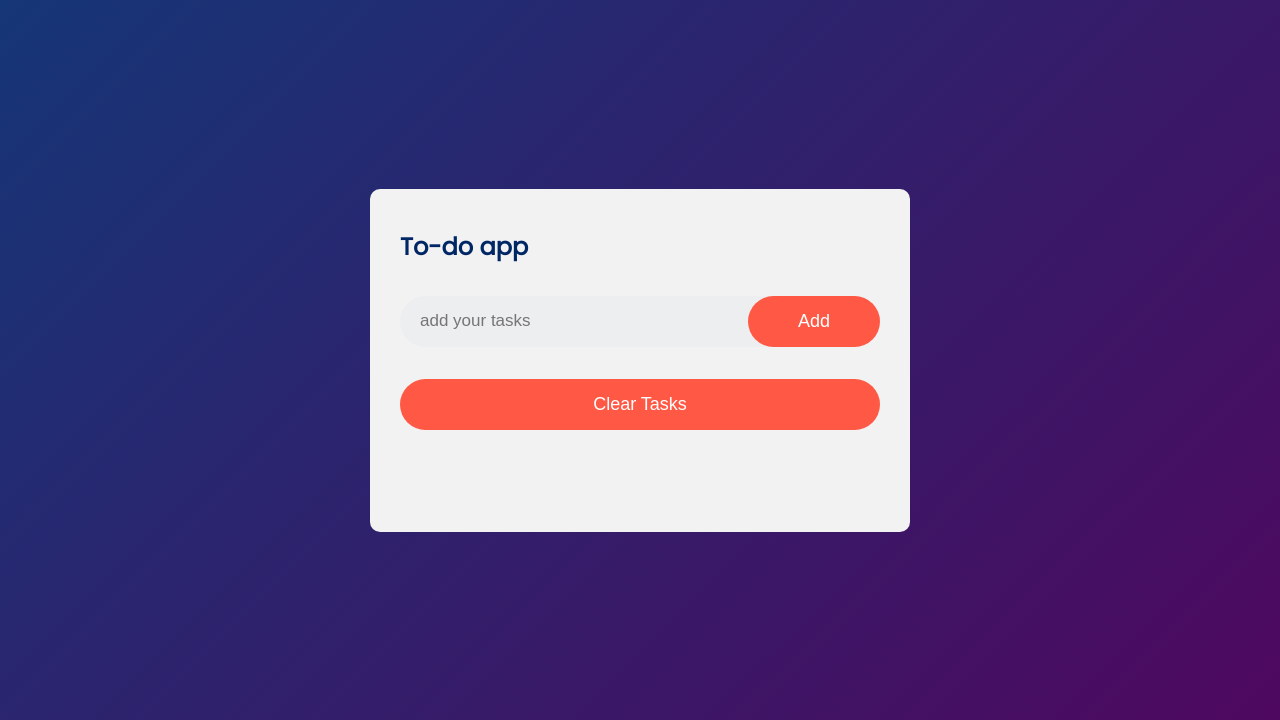
Repository: samoshi/To-do
Page: http://localhost/
The author's editor kept a copy of each file at every save. The page is drawn from the files as they stood at one save, then again after the next save.
The browser window is 1280 px wide. The pictures show the whole page.
The page is served by the project's application, run on Flask 3 (app/app.py). Queries for data that is not in the repository find no rows.

Above is the page before, as saved 2024-01-14 21:26:27.

### app/templates/index.html
<!DOCTYPE html>
<html lang="en">

<head>
    <meta charset="UTF-8">
    <meta name="viewport" content="width=device-width, initial-scale=1.0">
    <title>To-Do list</title>
    <link rel="stylesheet" href="{{ url_for('static', filename='style.css') }}" />
    <script src="https://code.jquery.com/jquery-3.6.4.min.js"></script>
    <script src="{{ url_for('static', filename='script.js') }}"></script>
</head>

<body>
    <div class="container">
        <div class="todo-app">
            <div class="app-title">
                <h2>To-do app</h2>
                <i class="fa-solid fa-book-bookmark"></i>
            </div>
            <form action="/add_task" method="post">
                <div class="row">
                    <input type="text" name="title" id="input-box" placeholder="add your tasks" required>
                    <button class="add_button">Add</button>
                </div>
            </form>
            <button class="clear_button" onclick="clearTasks()">Clear Tasks</button>
            <ul id="list-container">
                {% for task in task_list %}
                    {% if task.complete == False %}
                            <li class="incomplete" onclick="toggleChecked(this)">
                                <a href="/complete/{{ task.id }}">{{ task.title }}</a>
                            </li>
                    {% else %}
                            <li class="complete" onclick="toggleChecked(this)">
                                <a href="/complete/{{ task.id }}">{{ task.title }}</a>
                            </li>
                        <!-- <a class="remove-task" href="/remove/{{ task.id }}">X</a> -->
                    {% endif %}
                {% endfor %}
            </ul>

        </div>
    </div>
    <script src="{{ url_for('static', filename='script.js') }}"></script>
</body>

</html>

### app/app.py
from flask import Flask, render_template, request, redirect, url_for, jsonify
from flask_sqlalchemy import SQLAlchemy

app = Flask(__name__)

app.config['SQLALCHEMY_DATABASE_URI'] = 'sqlite:///db.sqlite'
app.config['SQLALCHEMY_TRACK_MODIFICATIONS'] = False
db = SQLAlchemy(app)

class Task(db.Model):
    id = db.Column(db.Integer, primary_key=True)
    title = db.Column(db.String(100))
    complete = db.Column(db.Boolean)

# def save_tasks():
#     with open("tasks.json", "w") as file:
#         json.dump(tasks, file)


# # Load tasks from a file
# def load_tasks():
#     try:
#         with open("tasks.json", "r") as file:
#             lines = file.readlines()
#             tasks = []
#             for line in lines:
#                 parts = line.split(":")
#                 if len(parts) == 2:
#                     description, completed_str = parts
#                     completed = eval(completed_str)
#                     tasks.append({"description": description, "completed": completed})
#             return tasks
#     except FileNotFoundError:
#         return []  # Return an empty list if the file doesn't exist
#     except json.decoder.JSONDecodeError:
#         return []  # Return an empty list if there's an issue decoding JSON

# # Initialize tasks
# tasks = load_tasks()

@app.route('/')
def index():
    task_list = Task.query.all()
    return render_template('index.html', task_list=task_list)

@app.route('/add_task', methods=['POST'])
def add_task():
    title = request.form.get("title")
    new_task = Task(title=title, complete=False)
    db.session.add(new_task)
    db.session.commit()
    return redirect(url_for("index"))

@app.route("/update/<int:task_id>")
def update_task(task_id):
    task = Task.query.filter_by(id=task_id).first()
    task.complete = not task.complete
    db.session.commit()
    return redirect(url_for("index"))

@app.route('/complete/<int:task_id>')
def complete_task(task_id):
    task = Task.query.filter_by(id=task_id).first()
    if task:
        task.complete = not task.complete
        db.session.commit()
    return redirect(url_for('index'))

@app.route('/remove/<int:task_id>')
def remove_task(task_id):
    print("Remove task ()")
    task = Task.query.filter_by(id=task_id).first()
    print("Getting task", task_id)
    db.session.delete(task)
    print("deleted task")
    db.session.commit()
    return redirect(url_for('index'))

@app.route('/clear_tasks')
def clear_tasks():
    db.session.query(Task).delete()
    db.session.commit()
    return redirect(url_for('index'))


if __name__ == '__main__':
    db.create_all()
    app.run(host='0.0.0.0', port=5000, debug=True)

### app/static/style.css
@import url('https://fonts.googleapis.com/css2?family=Poppins&display=swap');


*, *:before, *:after{
    margin: 0;
    padding: 0;
    box-sizing: border-box;
}
body{
    font-family: 'Poppins', sans-serif;
}
.container{
    width: 100%;
    min-height: 100vh;
    background: linear-gradient(135deg, #153677, #4e085f);
    padding: 10px;
    display: flex;
    justify-content: center;
    align-items: center;
}
.todo-app{
    width: 100%;
    max-width: 540px;
    background-color: #f2f2f2;
    padding: 40px 30px 70px;
    border-radius: 10px;
    display: flex;
    flex-direction: column;
    align-items: left;
    gap: 2rem;
}
.app-title{
    display: flex;
    gap: 1rem;
    align-items: center;
}
.app-title h2, .app-title i{
    color: #002765;
}
.app-title i{
    font-size: 26px;
}

.row{
    display: flex;
    align-items: center;
    justify-content: space-between;
    background-color: #edeef0;
    border-radius: 30px;
}
input{
    width: 100%;
    border: none;
    outline: none;
    background-color: transparent;
    padding: 12px;
    font-size: 17px;
    padding-left: 20px;
}
button.clear_button, button.add_button{
    border: none;
    cursor: pointer;
    outline: none;
    padding: 15px 50px;
    border-radius: 30px;
    background-color: #ff5945;
    color: #fff;
    font-size: 18px;
    transition: all .25s ease;
}
button:hover{
    filter: brightness(.8);
}

@media screen and (max-width: 400px) {
    button {
        padding: 15px;
        border-radius: 0 30px 30px 0;
    }
}

a,
a.remove-task {
    text-decoration: none;
    align-items: center;
    color: #333;
    cursor: pointer;
}

li {
    font-size: 17px;
    margin-top: 5px;
    position: relative;
    transition: background-color 0.2s ease;
    border-radius: 10px;
    list-style-type: none;
    outline: 2px solid #7289da;
}

li a {
    display: block;
    font-size: 17px;
    padding: 12px 8px 12px 50px;
    text-decoration: none;
    color: #ffffff;
    transition: color 0.2s ease;
}

li.incomplete {
    background-color: #2c2f33; /* Red background for incomplete */
}

li.complete {
    background-color: #23272a; /* Green background for complete */
}

li a:hover {
    /* Optional: Add styles for hover effect */
    background-color: #27ae60; /* Slightly darker green hover effect */
    color: #fff; /* White text on hover for better contrast */
}

li.incomplete a:hover {
    /* Optional: Add styles for hover effect */
    background-color: #7289da; /* Lighter green hover effect for complete */
    color: #000; /* Black text on hover for better contrast */
}

li.complete a:hover {
    /* Optional: Add styles for hover effect */
    background-color: #30363d; /* Lighter green hover effect for complete */
    color: #000; /* Black text on hover for better contrast */
}

ul li::before {
    position: absolute;
    content: '';
    width: 24px;
    height: 24px;
    font-size: 18px;
    border-radius: 50%;
    left: 0;
    top: 50%;
    transform: translateY(-50%);
    line-height: 24px;
    text-align: center;
    transition: background-color 0.2s ease;
    pointer-events: none;
}

ul li.incomplete::before {
    content: 'X';
    color: #ff5945;
}

ul li.complete::before {
    content: '\2713';
    color: #07700e;
}


button.remove {
    position: absolute;
    right: 0;
    transform: translateY(-50%);
    width: 30px;
    height: 30px;
    border-radius: 50%;
    color: #555;
    font-size: 18px;
    transition: all .2s ease;
}
button.remove:hover{
    background-color: #c9c9c9;
    color: #fff;
}

### app/static/script.js
// // ...

// document.addEventListener("DOMContentLoaded", function () {
//     const inputBox = document.getElementById("input-box");
//     const button = document.querySelector("button");
//     const list = document.getElementById("list-container");

//     list.addEventListener("click", (e) => {
//         if (e.target.tagName === "LI") {
//             e.target.classList.toggle("checked");
//             saveData();
//         } else if (e.target.tagName === "SPAN") {
//             e.target.parentElement.remove();
//             saveData();
//         }
//     });

//     button.addEventListener("click", function () {
//         if (inputBox.value.trim() !== '') {
//             addTask(inputBox.value);
//         } else {
//             alert("Please enter a non-empty task.");
//         }
//     });

//     function addTask(description) {
//         // Make an AJAX request to the Flask server's /add_task route
//         fetch("/add_task", {
//             method: "POST",
//             headers: {
//                 "Content-Type": "application/json",
//             },
//             body: JSON.stringify({ description: description }),
//         })
//             .then(response => response.json())
//             .then(data => console.log(data))
//             .catch(error => console.error("Error:", error));
//     }

//     function showTask() {
//         // Fetch tasks from the Flask server's /tasks route
//         fetch("/tasks")
//             .then(response => response.json())
//             .then(tasks => {
//                 list.innerHTML = ""; // Clear the visible list
//                 tasks.forEach(task => {
//                     let li = document.createElement("li");
//                     li.innerHTML = task.description;
//                     if (task.completed) {
//                         li.classList.add("checked");
//                     }
//                     list.appendChild(li);
//                     let span = document.createElement("span");
//                     span.innerHTML = "x";
//                     li.appendChild(span);
//                 });
//             })
//             .catch(error => console.error("Error:", error));
//     }

//     window.addEventListener("load", showTask);

//     // Clear Tasks function
//     window.clearTasks = function () {
//         localStorage.removeItem("data");
//         list.innerHTML = ""; // Clear the tasks from the visible list
//     };
// });

After the next save:
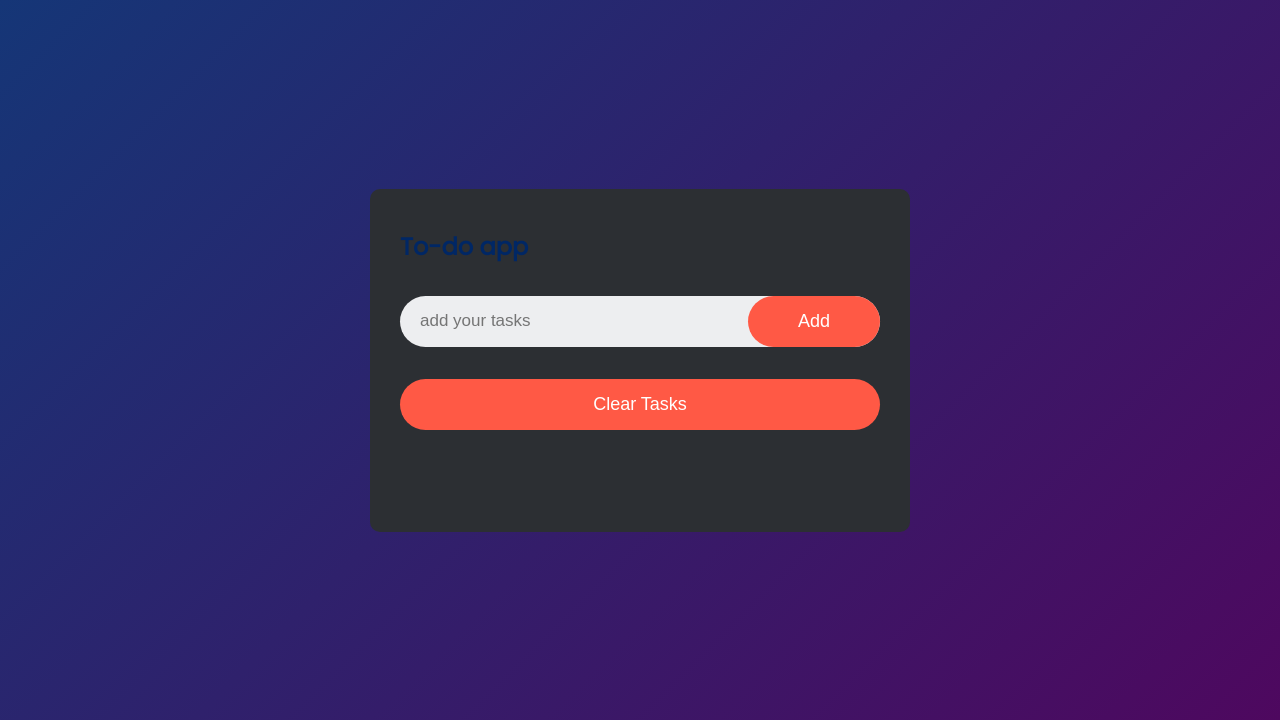
Saved 23 s later.
--- a/app/static/style.css
+++ b/app/static/style.css
@@ -21,7 +21,7 @@
 .todo-app{
     width: 100%;
     max-width: 540px;
-    background-color: #f2f2f2;
+    background-color: #2c2f33;
     padding: 40px 30px 70px;
     border-radius: 10px;
     display: flex;

After the save that followed:
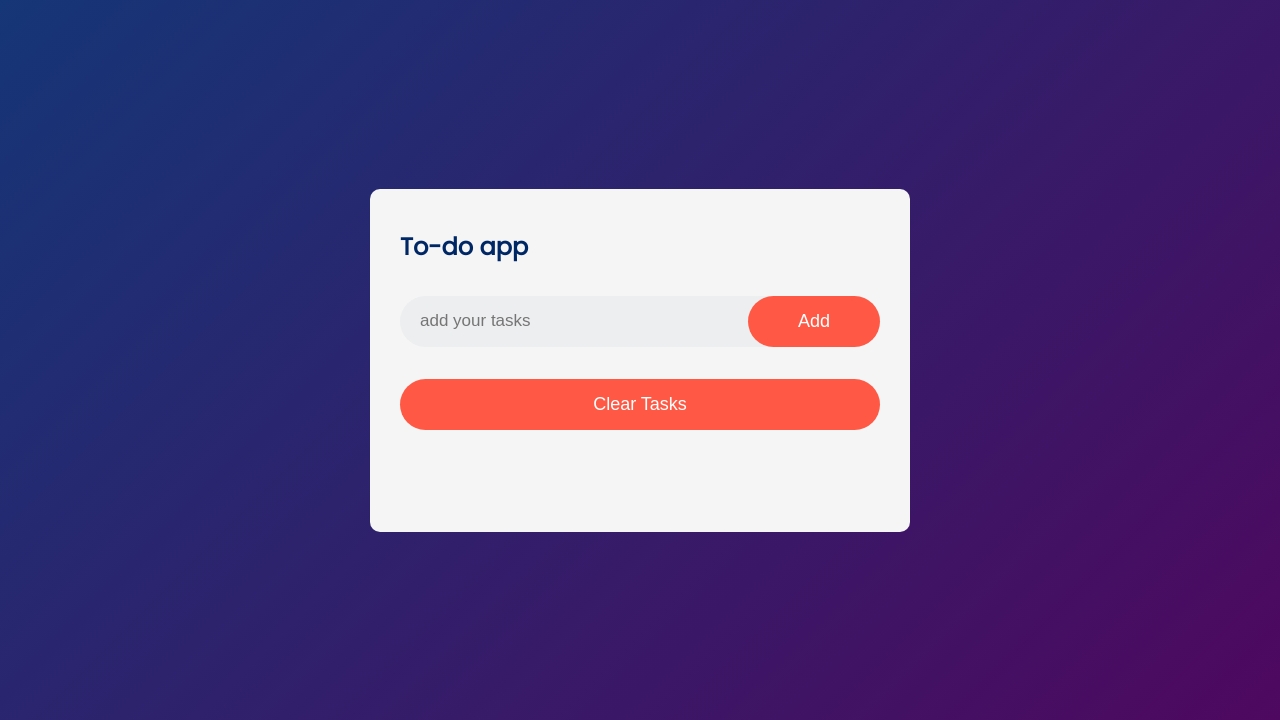
Saved 40 s later.
--- a/app/static/style.css
+++ b/app/static/style.css
@@ -21,7 +21,7 @@
 .todo-app{
     width: 100%;
     max-width: 540px;
-    background-color: #2c2f33;
+    background-color: #f5f5f5;
     padding: 40px 30px 70px;
     border-radius: 10px;
     display: flex;
